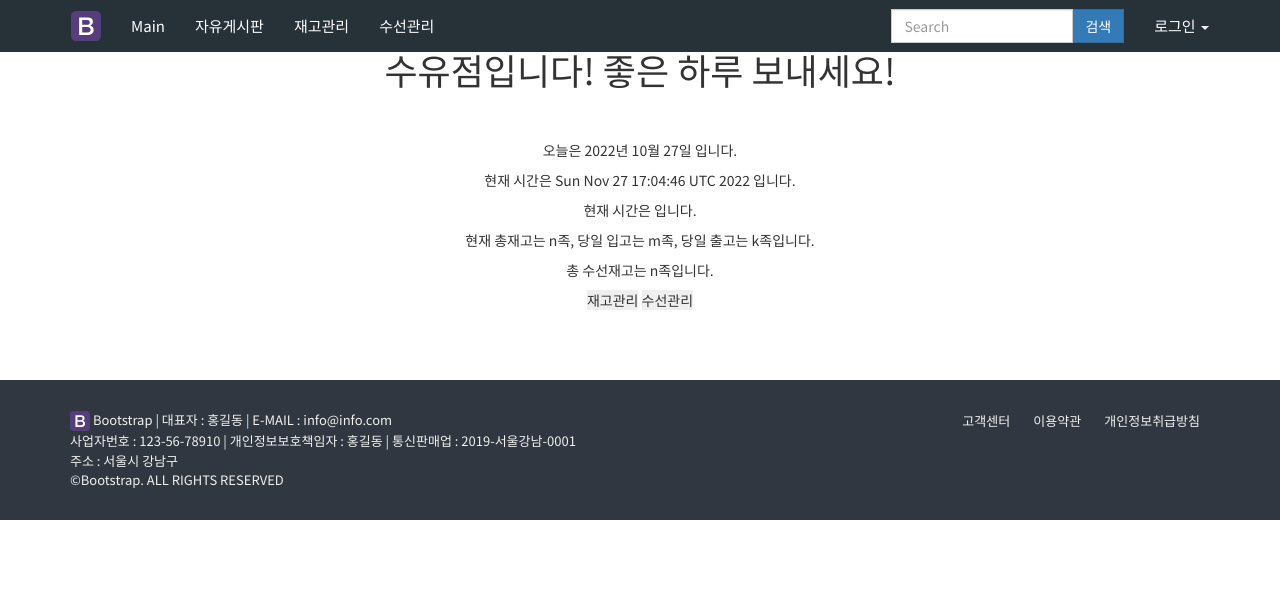
Repository: RattenLegs/Project_Inventory
Page: http://localhost/Project_Inventory/WEB-INF/views/home.jsp
The author's editor kept a copy of each file at every save. The page is drawn from the files as they stood at one save, then again after the next save.
The browser window is 1280 px wide. The pictures show the whole page.
Some web libraries are served in a nearby version. The page is served by Tomcat 9. Nobody is signed in. Other server files are loaded and not shown. The template is opened directly, without the code that normally fills it, so the values that code supplies are empty.

Above is the page before, as saved 2022-12-03 02:27:13.

### Project_Inventory/src/main/webapp/WEB-INF/views/home.jsp
<%@ taglib uri="http://java.sun.com/jsp/jstl/core" prefix="c"%>
<%@ page session="false"%>
<%@ page language="java" contentType="text/html; charset=UTF-8"
	pageEncoding="UTF-8"%><!-- 한글 깨질때 꼭 해야함 -->
<html>
<head>
<meta charset="UTF-8">
<meta http-equiv="X-UA-Compatible" content="IE=edge">
<meta name="viewport" content="width=device-width, initial-scale=1.0">
<title>수유점 관리시스템에 오신걸 환영합니다.</title>

 <%@ include file="../views/include/header.jsp" %>
</head>
<body>
	<section>
		<div style="text-align: center">
			<h1>수유점입니다! 좋은 하루 보내세요!</h1>
		</div>
	</section>
	<section>
		<div style="text-align: center">
			<%
				java.util.Calendar cal = java.util.Calendar.getInstance();
			%>
			<p>
			오늘은
			<%=cal.get(java.util.Calendar.YEAR) %>년
			<%=cal.get(java.util.Calendar.MONTH) %>월
			<%=cal.get(java.util.Calendar.DATE) %>일
			입니다.
			</p>
			<p>
			현재 시간은 <%=new java.util.Date() %> 입니다. <!-- java.util.date 한글로 변환하기 -->
			</p>
			<P>현재 시간은 ${serverTime} 입니다.</P>
			<p>현재 총재고는 n족, 당일 입고는 m족, 당일 출고는 k족입니다.</p>
			<p>총 수선재고는 n족입니다.</p>
			<button type="button" onclick="goInventoryList();">재고관리</button>
			<button type="button" onclick="goRepairList();">수선관리</button>
<%-- 			<a href="<c:url value='/repairboard/repairList' />">오오</a> --%>
		</div>
	</section>
</body>
	<%@ include file="../views/include/footer.jsp" %>

</html>

<script>

function goInventoryList(){
    location.href = "/inventoryboard/inventoryList";
}

function goRepairList(){
    location.href = "/repairboard/repairList";
}

</script>

### Project_Inventory/src/main/webapp/WEB-INF/views/include/header.jsp
<%@ page language="java" contentType="text/html; charset=UTF-8"
    pageEncoding="UTF-8"%>
<%@ taglib uri="http://java.sun.com/jsp/jstl/core" prefix="c" %>

<!DOCTYPE html>
<html>
<head>

    <meta charset="utf-8">
    <meta http-equiv="X-UA-Compatible" content="IE=edge">
    <meta name="viewport" content="width=device-width, initial-scale=1">
    <title>인덱스를 만들어 보자</title>

	<!--
		${pageContext.request.contextPath} == <c:url value='' />
	 -->

    <link href="${pageContext.request.contextPath}/resources/css/bootstrap.css" rel="stylesheet">
    <script src="https://ajax.googleapis.com/ajax/libs/jquery/1.11.2/jquery.min.js"></script>
    <!--개인 디자인 추가-->
    <link href="${pageContext.request.contextPath}/resources/css/style.css" rel="stylesheet">
    <script src="${pageContext.request.contextPath}/resources/js/bootstrap.js"></script>
</head>
<body>
	<header>
        <div class="container-fluid">
            <div class="row">
                <div class="container">
                    <div class="navbar">
                        <div class="navbar-header">
                            <!--data-toggle 같은 것들은 내부적으로 지원하는 반응형 API기능이므로 지우면 안됩니다-->
                            <button type="button" class="navbar-toggle" data-toggle="collapse" data-target="#myNavbar">
                                <span class="icon-bar"></span>
                                <span class="icon-bar"></span>
                                <span class="icon-bar"></span>
                            </button>
                            <a class="navbar-brand" href="#"><img width="30" src="${pageContext.request.contextPath }/resources/img/logo.svg" alt="Brand"></a>
                        </div>


                        <div class="collapse navbar-collapse" id="myNavbar">
                            <ul class="nav navbar-nav">
                                <li class="active"><a href="<c:url value='/' />">Main</a></li>
                                <li><a href="<c:url value='/freeboard/freeboard' />">자유게시판</a></li>
                                <li><a href="<c:url value='/inventoryboard/inventoryList' />">재고관리</a></li>
                                <li><a href="<c:url value='/repairboard/repairList' />">수선관리</a></li>
                                <!--
				<li><a href="#">강의</a></li>
                                <li><a href="#">Form</a></li>
                                <li><a href="#">Board</a></li>
 				-->

                            </ul>
                            <ul class="nav navbar-nav navbar-right">
                                <li class="dropdown">
                                    <a class="dropdown-toggle" data-toggle="dropdown" href="#">로그인
                                        <span class="caret"></span></a>
                                    <ul class="dropdown-menu">
                                        <li><a href="<c:url value='/user/userJoin' />"><span class="glyphicon glyphicon-user"></span>Join</a></li>
                                        <li><a href="#"><span class="glyphicon glyphicon-log-in"></span>Login</a></li>
                                        <li><a href="#"><span class="glyphicon glyphicon-user"></span>MyPage</a></li>
                                        <li><a href="#"><span class="glyphicon glyphicon-log-out"></span>Logout</a></li>
                                    </ul>
                                </li>
                            </ul>

                            <form class="navbar-form navbar-right" action="">
                                <div class="input-group">
                                    <input type="text" class="form-control" placeholder="Search">
                                    <div class="input-group-btn">

                                        <button class="btn btn-primary" type="submit">
                                           	 검색
                                        </button>
                                    </div>
                                </div>
                            </form>
                        </div>
                    </div>
                </div>
            </div>
        </div>
    </header>

### Project_Inventory/src/main/webapp/WEB-INF/views/include/footer.jsp
<%@ page language="java" contentType="text/html; charset=UTF-8"
    pageEncoding="UTF-8"%>
    <footer>
        <div class="container">
            <div class="row">
                <div class="col-md-7 col-sm-12">
                    <div class="copyright">
                        <a href="">
                            <img width="20" src="${pageContext.request.contextPath }/resources/img/logo.svg" alt="Brand">
                        </a>
                        Bootstrap | 대표자 : 홍길동 | E-MAIL : info&#64;info.com<br>
                        사업자번호 : 123-56-78910 | 개인정보보호책임자 : 홍길동 | 통신판매업 : 2019-서울강남-0001<br>
                        주소 : 서울시 강남구
                        <address>&copy;Bootstrap. ALL RIGHTS RESERVED</address>
                    </div>
                </div>
                <div class="col-md-5 col-sm-12 text-right">
                    <ul class="footer-menu">
                        <li><a href="#">고객센터</a></li>
                        <li><a href="#">이용약관</a></li>
                        <li><a href="#">개인정보취급방침</a></li>
                    </ul>
                </div>
            </div>
        </div>
    </footer>
    <!-- //footer -->

### Project_Inventory/src/main/webapp/resources/css/style.css
/*=========웹폰트 선언=========*/
@import
	url('https://fonts.googleapis.com/css?family=Noto+Sans+KR&display=swap')
	;
/*===========================*/

/*디자인 시작시 기본 선언*/
* { /* 기본선언: 마딩, 패딩 0, 요소크기에 padding, border값을 포함 x*/
	padding: 0;
	margin: 0;
	box-sizing: border-box;
}

body, html {
	width: 100%;
	min-width: 320px;
	font-family: 'Noto Sans KR', sans-serif; /*웹폰트 사용*/
}

img {
	max-width: 100%; /*사이즈가 변해도 넓이를 유지 */
	height: auto; /*사이즈가 변해도 높이를 유지 */
	/*vertical-align: top;*/
}

input, textarea, button, select {
	/*고유하게 적용되어있는 form관련 요소들을 제거해서 여러브라우저에서 동일한디자인을 얻게함*/
	-webkit-appearance: none;
	-moz-appearance: none;
	appearance: none;
	border: none
}

ul, ol, dl, li {
	list-style: none /*순서 요소들이 리스트스타일을 업앤다 */
}

.btn {
	border-radius: 0px;
}

/*=========헤더=========*/
.carousel-control.right, .carousel-control.left {
	background-image: linear-gradient(to right, rgba(0, 0, 0, .0001) 0%,
		rgba(0, 0, 0, 0) 100%)
}
header {
	position: fixed;
	left: 0;
	top: 0;
	width: 100%;
	z-index: 50; /*position을 이용하면 요소가 겹쳐질 수 있다. 숫자가 제일 높은값이 위로 떠오른다*/
}
header {
	background: #263238;
}

section {
	margin-top: 50px;
}

/*header 의 모든 컨테이너 클래스에 적용함 */
header .container {
	padding: 0;
}
/*navbar의 margin: 0으로 */
.navbar {
	margin-bottom: 0px;
}
/*이미지 위치 조정 */
.navbar-brand {
	padding: 10px 15px;
}
/*nav의 a변경*/
.nav>li>a {
	font-size: 15px;
	color: white;
}
/*na의 a 호버시 기능 변경 */
.nav>li>a:hover, .nav>li>a:focus {
	background-color: #304047;
}

/* 토글메뉴 윤곽색 변경 */
.navbar-toggle {
	border-color: white;
}

.navbar-toggle>.icon-bar {
	background-color: white;
}
/*개발자도구에서 확인후 색깔변경*/
.nav .open>a:focus {
	background-color: #304047;
}
/*부트스트랩의 드롭다운시 a태그 색상변경  */
.dropdown-menu>li>a {
	color: #f5f5f5;
}
/*======슬라이더=======*/
.slide-list {
	padding: 0;
}
/* ===================================
    Footer style
====================================== */
footer {
	margin-top: 70px;
	background-color: #303740;
	padding: 30px 0;
}

footer .copyright {
	font-size: 13px;
	line-height: 20px;
	color: #f1f1f1;
}

footer .copyright address {
	margin-bottom: 0;
}

footer .footer-menu li {
	display: inline-block;
	padding: 0 10px;
}

footer .footer-menu li a {
	display: block;
	color: #f1f1f1;
	font-size: 13px;
}

/*===========본문=========== */
/*섹션전체에 패딩 추가*/
section {
	/*위 60px 나머지 0 */

}

.prod-list, .prod-link {
	border: 1px solid #ddd; /*윤곽 1, 한줄, 색상 */
	display: block; /* 블락요소로 변경 반드시 필요 */
	text-align: center; /*이미지 가운데 정렬*/
	/* position: relative;*/
}
/*기본 부트설정은 좌우 15px임 -> col에 대해 전부 5px로 바꿔버린다*/
.prod-list, .prod-list>li[class*="col-"] {
	padding: 5px;
}

/*호버기능 추가*/
.prod-link:hover {
	border-color: #4285F4;
}

.prod-link>.arrow {
	display: block; /*span은 인라인 요소입니다 인라인요소는 position속성을 사용할수 없습니다*/
	position: absolute;
	/*원래 위치에서 따로 띠어내어 부모위치로 조정한다 width, heigth를 필수로 지정해야한다*/
	left: 15px; /*좌우 위치조정 left, right 중 한개만쓴다*/
	bottom: 15px; /*위아래 위치조정 top, bottom 중한개만 쓴다 */
	width: 36px; /* 넓이값 조정 */
	height: 36px; /* 높이값 조정*/
	line-height: 36px; /*텍스트가 위치에 맞게 높이와 동일하게 설정 */
	background-color: #ccc;
	color: #fff;
	opacity: 1; /*투명도*/
}
/* .hover클래스의 넓이 색상 투명도*/
.prod-link>.hover {
	width: 100px;
	background-color: #4285F4;
	opacity: 0;
}
/*link호버시 arrow클래스를 투명도 0*/
.prod-link:hover>.arrow {
	opacity: 0;
}
/*link호버시 hover클래스를 투명도 1*/
.prod-link:hover>.hover {
	opacity: 1;
}

/*========회원가입 폼 디자인=========*/
/*제목박스(계속사용) */
.titlebox {
	width: 250px;
	text-align: center;
	height: 40px;
	line-height: 40px;
	margin: 70px auto;
	border-top: 1px solid #E1E1E1;
	border-bottom: 1px solid #E1E1E1;
}

.join-form {
	margin: 0 auto;
	/*가운대 정렬방법 하지만 적용되지 않는다. 이유는 col클래스들이 float:left를 들고 있기 때문*/
	float: none; /*플롯을 해제한다. 가운대정렬이 들어간다*/
}
/*조인폼클래스의 form태그의 접근 */
.join-form form {
	border-radius: 8px; /*윤곽 8*/
	padding: 15px; /*모든 패딩 15*/
	/*박스 쉐도우: 그림자가 가로로떨어진간격, 세로로떨어진 간격, 흐릿정도, 그림자색상*/
	box-shadow: 0px 8px 16px rgba(0, 0, 0, 0.15)
}

.input-group-addon {
	padding: 0;
	border: none; /*윤곽 모두 0*/
	border-radius: 0;
}
/*폼컨트롤, 인풋그룹 내부에 모든 버튼 라디우스 0 */
.form-control, .form-group .btn {
	border-radius: 0;
}
/*포커스시 윤곽 색 변경*/
.form-control:focus {
	border-color: #555;
}
/* 핸드폰폼 디자인 */
.input-group .phone1 {
	width: 33.3333%;
}

.input-group .phone2 {
	width: 66.6666%;
}
/*이메일폼 디자인 */
.email-form {
	box-sizing: border-box;
	overflow: hidden;
}

.email-form input {
	width: 33.33%;
	float: left;
}

.email-form select {
	width: 66.66%;
	float: left;
}
/*=========로그인 디자인==========*/
.login-form {
	margin: 0 auto;
	float: none;
}

.login-form form {
	border-radius: 8px; /*윤곽 8*/
	padding: 70px 120px; /*위아래, 좌우*/
	/*박스 쉐도우: 그림자가 가로로떨어진간격, 세로로떨어진 간격, 흐릿정도, 그림자색상*/
	box-shadow: 0px 8px 16px rgba(0, 0, 0, 0.15);
	margin-bottom: 174px; /*화면에 딱맞게 밀어준다*/
}

/*========회원정보 디자인=========*/
.m-control .m-title {
	min-width: 100px; /*화면줄었을때 최소크기*/
	vertical-align: middle; /*가운대 정렬*/
}

.m-control .form-control {
	width: 200px;
	display: inline; /*인라인요소로 변경한다*/
}
/*개발자 도구에서 input-sm의 정렬을 푼다*/
.m-control .input-sm {
	height: auto;
	line-height: normal;
}
/*sel의 크기만 지정*/
.m-control  .sel {
	width: 80px;
}

.m-control .add {
	width: 400px;
}

.titlefoot {
	text-align: center; /*인라인의 텍스트정렬 가운데*/
	margin: 30px auto; /*박스의 가운데정렬*/
	width: 50%; /*크기 50%*/
}

/*==========자게 디자인==========*/
.titlebox {
	width: 250px;
	text-align: center;
	height: 40px;
	line-height: 40px;
	margin: 70px auto;
	border-top: 1px solid #E1E1E1;
	border-bottom: 1px solid #E1E1E1;
}
/*자게 그리드*/
.board-table {
	float: none; /*col의 플로팅 해제 */
	margin: 0 auto;
}
/*---검색버튼--- */
.search-wrap {
	overflow: hidden; /*부모요소에 히든 */
	margin-bottom: 20px;
}

.search-btn, .search-input, .search-select {
	float: right; /*우측 플로팅 */
}

.search-input {
	width: 140px;
}

.search-select {
	width: 80px;
}

/*제목에 클래스를 줘서 강제로 크기 고정*/
.board-title {
	width: 300px;
}
/*th의 순차적 접근 색상변경 */
.table-bordered>thead>tr>th {
	background-color: #E7F2F9;
	color: #003366;
}

/*테이블 안에 a태그에 순차적 접근 */
.table-bordered>tbody>tr>td>a, .table-bordered>tbody>tr>td>a:hover {
	color: black;
}

.pagination {
	margin: 0; /*페이지 네이션의 기본 마진 0*/
}

.text-center .btn {
	float: right; /*오른쪽으로 쌓아서 우측정렬 시킨다*/
	border: 0; /*border스타일 해제*/
	border-radius: 0; /*윤곽 0*/
	padding: 5px 10px; /*버튼 패딩을 페이지네이션과 맞춘다*/
}

/*==========자게 글쓰기==========*/
.titlebox {
	width: 250px;
	text-align: center;
	height: 40px;
	line-height: 40px;
	margin: 70px auto;
	border-top: 1px solid #E1E1E1;
	border-bottom: 1px solid #E1E1E1;
}

.t-control .t-title {
	width: 100px;
	min-width: 100px; /*화면줄었을때 최소크기*/
	vertical-align: middle; /*테이블에서 세로 가운대정렬*/
}

/*input 요소의 넓이만 선택*/
.t-control input {
	width: 200px;
	display: inline; /*인라인요소로 변경한다*/
}

/*개발자 도구에서 input-sm의 정렬을 푼다*/
.t-control .input-sm {
	height: auto;
	line-height: normal;
}
/*td의 아래만 밑줄*/
.t-control td {
	border-bottom: 1px solid #E1E1E1;
}

.titlefoot {
	text-align: center;
	margin: 30px auto; /*박스의 가운데정렬*/
	width: 50%; /*크기 50%*/
}
/*==========자게 상세보기==========*/
.write-wrap {
	margin: 0 auto;
	/*가운대 정렬방법 하지만 적용되지 않는다. 이유는 col클래스들이 float:left를 들고 있기 때문*/
	float: none; /*플롯을 해제한다. 가운대정렬이 들어간다*/
}
/*=======댓글========*/
.reply-wrap {
	background-color: #f5f5f5;
	padding: 15px;
	border: 1px solid #ddd;
	position: relative; /*부모에 relative*/
}

.reply-wrap .reply-image {
	position: absolute; /*자식에서 absolute로 부모요소 위치로 조정*/
	left: 15px;
	top: 15px;
}

.reply-wrap .reply-content {
	padding-left: 60px;
}
/*부트스트랩의 form-control 조정 */
.reply-content>.form-control {
	resize: vertical; /*세로로만 조정가능*/
	width: 100%; /*최대 100%*/
	min-height: 80px; /*최대 넓이*/
	margin-bottom: 10px;
}

.reply-input>.form-control {
	width: 200px;
	margin-bottom: 5px;
}

.reply-group {
	overflow: hidden;
}

.reply-input {
	float: left;
}

.reply-group .right {
	float: right;
}

/*댓글 영역*/
.reply-group small {
	margin-left: 10px;
	height: 20px;
	line-height: 20px;
}

.reply-group small, .reply-group strong {
	float: left;
}

.reply-group a {
	text-decoration: none;
	color: #777;
	float: right;
}
/*댓글창 포커스시 서서히 보이기 */
.reply-content textarea {
	height: 50px;
	transition: height .4s ease-in-out;
}

.reply-content textarea:focus {
	height: 150px;
}
/*==========토글탭 mypage==========*/
.tabs-style {
	background-color: #607D8B;
}
/*탭버튼 아래 마진 50*/
.tabs-style {
	margin-bottom: 50px;
}

.tabs-style>li {
	margin-bottom: 0;
}

.tabs-style li a {
	background-color: #607D8B;
	border: none;
	margin: 0;
	border-radius: 0px;
}

.tabs-style li.active a, .tabs-style li.active a:hover, .tabs-style li.active a:focus
	{
	border: none;
	background-color: #56707D;
	color: #fff;
}

.myInfo {
	margin: 0 auto;
	float: none;
}

.myInfo-inner {
	margin: 0;
	float: none;
}

/*==========mypage check==========*/
.infoCheck {
	margin: 0 auto;
	float: none;
}

.infoCheck-form ul {
	width: 270px;
	margin: 0 auto;
}

.infoCheck-form li {
	position: relative;
	padding-left: 95px;
}

.infoCheck-form li .lab {
	font-size: 20px;
	position: absolute;
	top: 0;
	left: 0;
}

.infoCheck-form input {
	width: 170px;
	margin: 0;
}

.infoCheck .alert {
	margin-bottom: 50px;
	border-radius: 0;
}

.infoCheck-btn {
	width: 270px;
	margin-top: 40px;
	margin: 0 auto;
}

.infoCheck-btn button {
	margin-top: 20px;
	padding: 5px 51.5px;
}

### Project_Inventory/src/main/webapp/resources/img/logo.svg
<svg xmlns="http://www.w3.org/2000/svg" viewBox="0 0 612 612" focusable="false" role="img">
  <title>Bootstrap</title>
  <path fill="#563D7C" d="M612 510c0 56.1-45.9 102-102 102H102C45.9 612 0 566.1 0 510V102C0 45.9 45.9 0 102 0h408c56.1 0 102 45.9 102 102v408z"/>
  <path fill="#FFF" d="M166.3 133h173.5c32 0 57.7 7.3 77 22s29 36.8 29 66.5c0 18-4.4 33.4-13.2 46.2-8.8 12.8-21.4 22.8-37.8 29.8v1c22 4.7 38.7 15.1 50 31.2 11.3 16.2 17 36.4 17 60.8 0 14-2.5 27.1-7.5 39.2-5 12.2-12.8 22.7-23.5 31.5s-24.3 15.8-41 21-36.5 7.8-59.5 7.8h-164V133zm62.5 149.5h102c15 0 27.5-4.2 37.5-12.8s15-20.8 15-36.8c0-18-4.5-30.7-13.5-38s-22-11-39-11h-102v98.6zm0 156.5h110.5c19 0 33.8-4.9 44.2-14.8 10.5-9.8 15.8-23.8 15.8-41.8 0-17.7-5.2-31.2-15.8-40.8s-25.2-14.2-44.2-14.2H228.8V439z"/>
</svg>

Loaded but not shown: Project_Inventory/src/main/webapp/resources/css/bootstrap.css (library); Project_Inventory/src/main/webapp/resources/js/bootstrap.js (library)

After the next save:
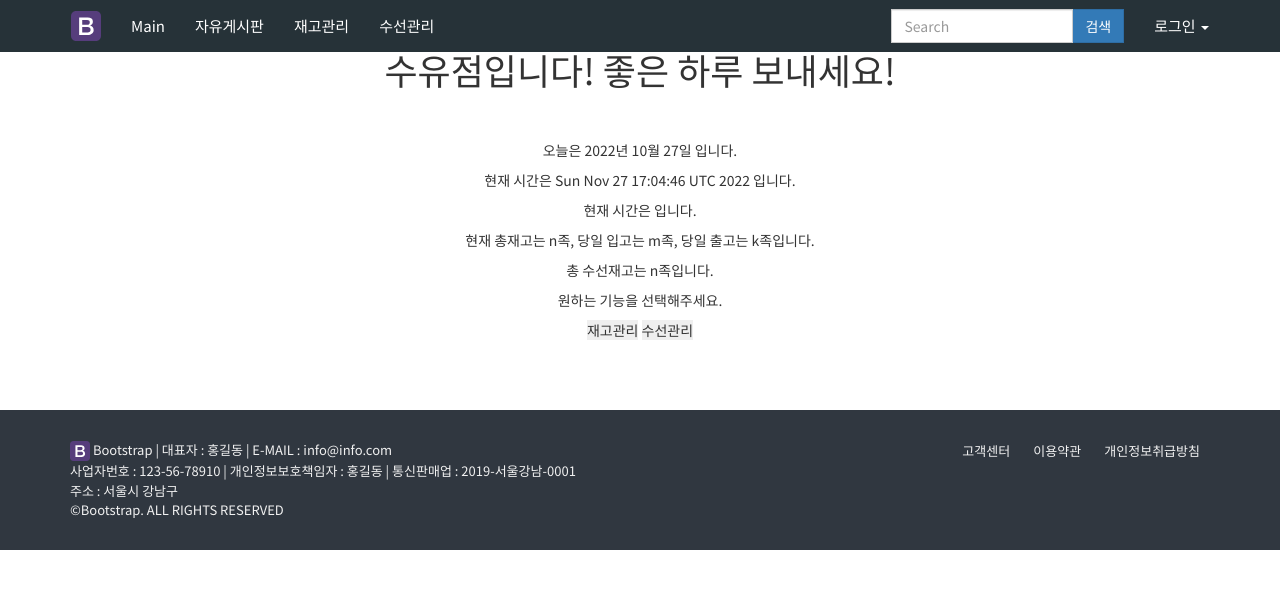
Saved 9 s later.
--- a/Project_Inventory/src/main/webapp/WEB-INF/views/home.jsp
+++ b/Project_Inventory/src/main/webapp/WEB-INF/views/home.jsp
@@ -35,6 +35,7 @@
 			<P>현재 시간은 ${serverTime} 입니다.</P>
 			<p>현재 총재고는 n족, 당일 입고는 m족, 당일 출고는 k족입니다.</p>
 			<p>총 수선재고는 n족입니다.</p>
+			<p>원하는 기능을 선택해주세요.</p>
 			<button type="button" onclick="goInventoryList();">재고관리</button>
 			<button type="button" onclick="goRepairList();">수선관리</button>
 <%-- 			<a href="<c:url value='/repairboard/repairList' />">오오</a> --%>
